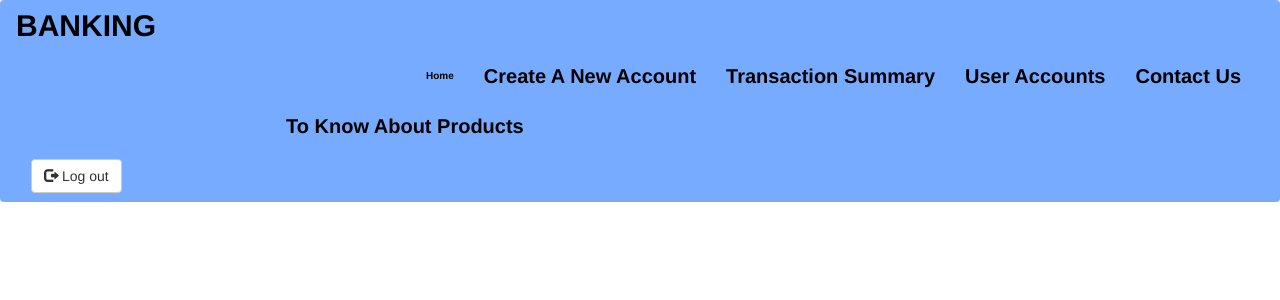
Repository: rukmini10/DXC
Page: http://localhost/Account/AdminHeader.jsp
An editor plug-in stored every save of this project. The page is shown before and after the next save, followed by the edit.
The browser window is 1280 px wide. The pictures show the whole page.
Some web libraries are served in a nearby version. The page is served by Tomcat 9.

Above is the page before, as saved 2022-05-03 12:51:43.

After the next save:
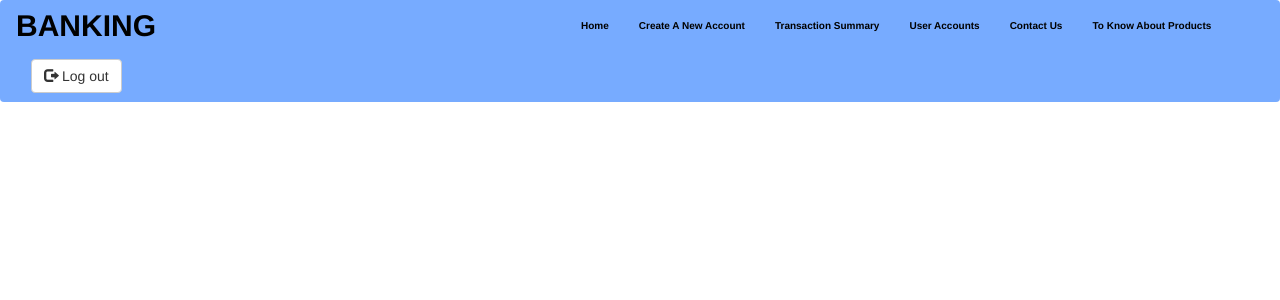
Saved 14 s later.
--- a/DXC_MAVEN/Account/src/main/webapp/AdminHeader.jsp
+++ b/DXC_MAVEN/Account/src/main/webapp/AdminHeader.jsp
@@ -19,11 +19,11 @@
     </div>
     <ul style="padding-left:255px" class="nav navbar-nav">
       <li class="active"><a href="#" style="color:black;font-size:10px;font-weight:bold;padding-left:155px">Home</a></li>
-      <li><a href="createAccount.obj" style="color:black;font-size:20px;font-weight:bold;"> Create A New Account</a></li>
-      <li><a href="viewStatement.obj" style="color:black;font-size:20px;font-weight:bold;">Transaction Summary</a></li>
-	  <li><a href="#" style="color:black;font-size:20px;font-weight:bold;">User Accounts</a></li>
-	  <li><a href="#" style="color:black;font-size:20px;font-weight:bold;">Contact Us</a></li>
-	  <li><a href="#" style="color:black;font-size:20px;font-weight:bold;">To Know About Products</a></li>
+      <li><a href="createAccount.obj" style="color:black;font-size:10px;font-weight:bold;"> Create A New Account</a></li>
+      <li><a href="viewStatement.obj" style="color:black;font-size:10px;font-weight:bold;">Transaction Summary</a></li>
+	  <li><a href="#" style="color:black;font-size:10px;font-weight:bold;">User Accounts</a></li>
+	  <li><a href="#" style="color:black;font-size:10px;font-weight:bold;">Contact Us</a></li>
+	  <li><a href="#" style="color:black;font-size:10px;font-weight:bold;">To Know About Products</a></li>
     </ul>
 
     <form class="navbar-form navbar-left ">
